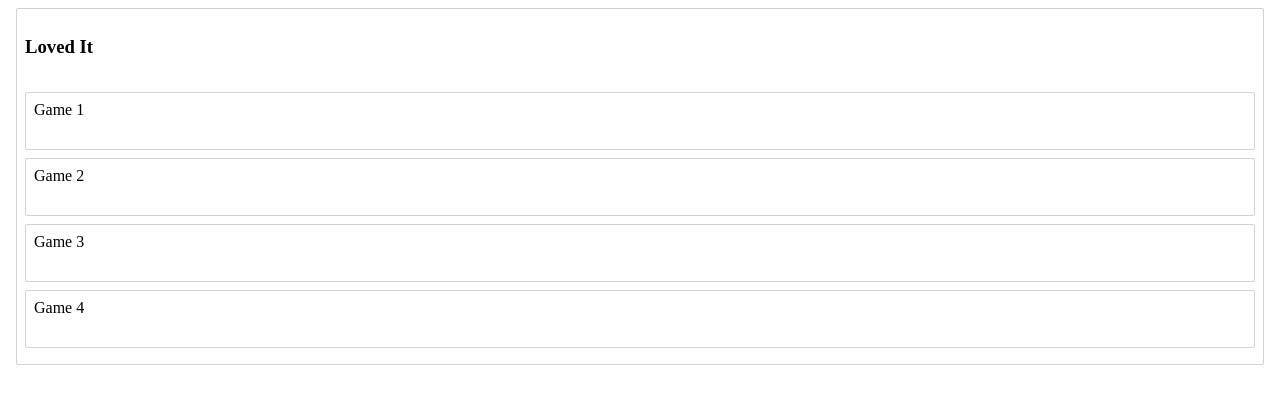
Repository: akiachenise/akiachenise.github.io
Page: / (app in JackboxGames_TierList_vanilla/tier-ranking/tier-list-app/)
The author's editor kept a copy of each file at every save. The page is drawn from the files as they stood at one save, then again after the next save.
The browser window is 1280 px wide. The pictures show the whole page.
The project was rebuilt for these pictures with package versions that can differ from the ones it lists, and the page was loaded fresh each time.

Above is the page before, as saved 2022-11-29 18:29:37.

After the next save:
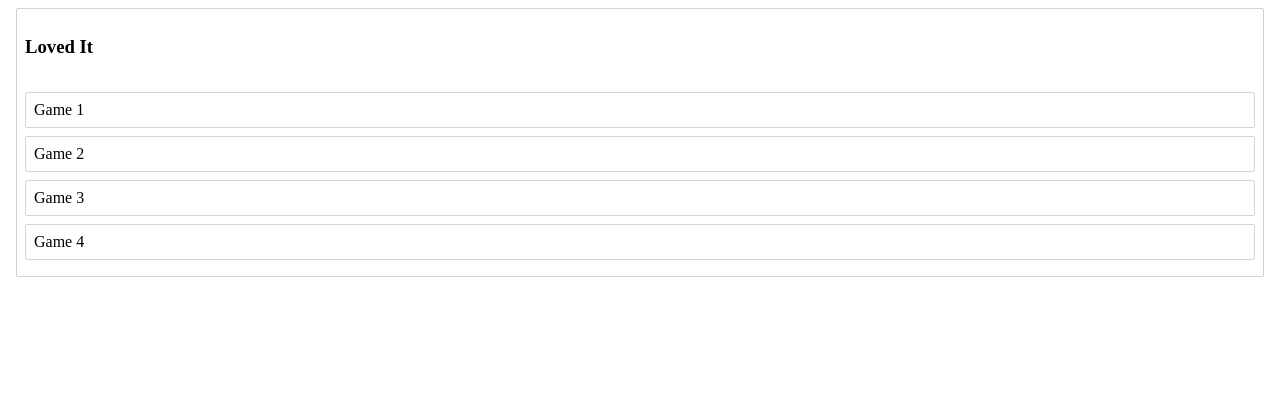
Saved 86 s later.
--- a/JackboxGames_TierList_vanilla/tier-ranking/tier-list-app/src/task.jsx
+++ b/JackboxGames_TierList_vanilla/tier-ranking/tier-list-app/src/task.jsx
@@ -6,20 +6,20 @@ const Container = styled.div`
   border: 1px solid lightgrey;
   border-radius: 2px;
   padding: 8px;
-  min-height: 40px;
   margin-bottom: 8px;
-  background-color: white;
+  background-color: ${props => (props.isDragging ? 'lightGreen' : 'white')};
 `;
 
 export default class Task extends React.Component {
   render() {
     return (
     <Draggable draggableId={this.props.task.id} index={this.props.index}>
-      {provided => (
+      {(provided, snapshot) => (
         <Container
-          ref={provided.innerRef}
           {...provided.draggableProps}
           {...provided.dragHandleProps}
+          ref={provided.innerRef}
+          isDragging={snapshot.isDragging}
         >
           {this.props.task.content}
         </Container>
